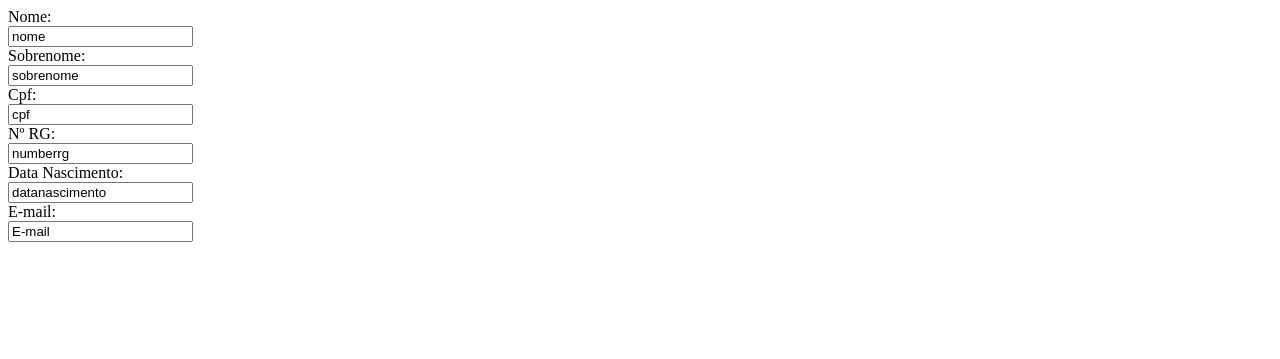
Repository: samaelsimoes/ong-cepe
Page: ong-cepe/WebContent/privado/formulario/pesfisica.html
These files come from the project's save history. The page is drawn as it stood at one moment and after the next save; the edit follows.
The browser window is 1280 px wide. The pictures show the whole page.

Above is the page before, as saved 2017-08-13 19:02:17.

After the next save:
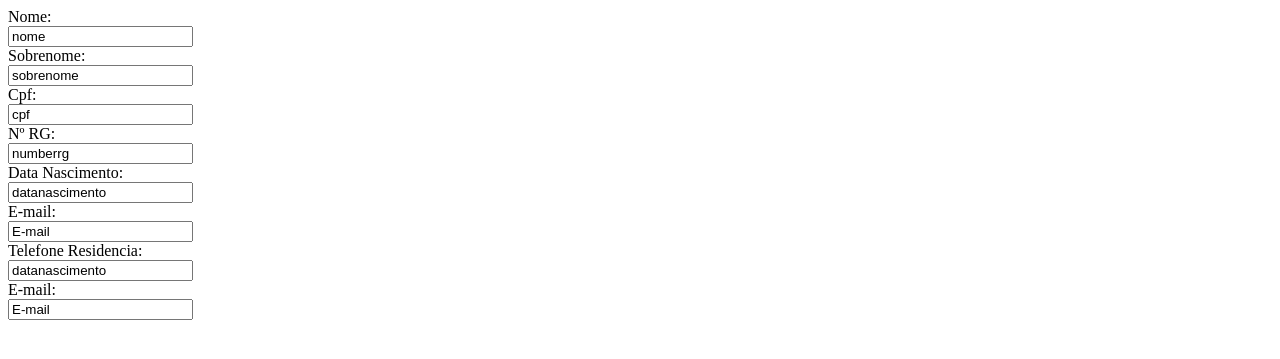
Saved 39 s later.
--- a/ong-cepe/WebContent/privado/formulario/pesfisica.html
+++ b/ong-cepe/WebContent/privado/formulario/pesfisica.html
@@ -55,3 +55,22 @@
         </div>
     </div>
 </div>
+
+ <div class="form-group row">
+    <div class="col-xs-6 col-md-5">
+        <label for="example-text-input" class="col-2 col-form-label">Telefone Residencia:</label>
+
+       <div class="col-10">
+            <input class="form-control" type="text" value="datanascimento" id="telresidenci" placeholder="Telefone Residencia">
+        </div>
+    </div>
+    <div class="col-xs-6 col-md-5 coll-md-offset-2">
+
+        <label for="email" class="col-2 col-form-label">E-mail:</label>
+
+        <div class="col-10">
+
+            <input class="form-control" type="text" value="E-mail" id="email" placeholder="-Email">
+        </div>
+    </div>
+</div>
